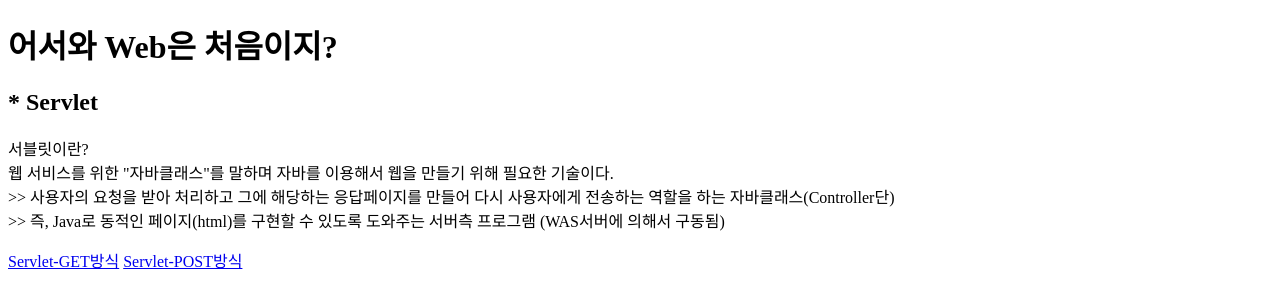
Repository: hyeye1/kh_webserverWorkspace
Page: 1_Servlet/WebContent/index.html
An editor plug-in stored every save of this project. The page is shown before and after the next save, followed by the edit.
The browser window is 1280 px wide. The pictures show the whole page.

Above is the page before, as saved 2021-03-25 04:36:08.

After the next save:
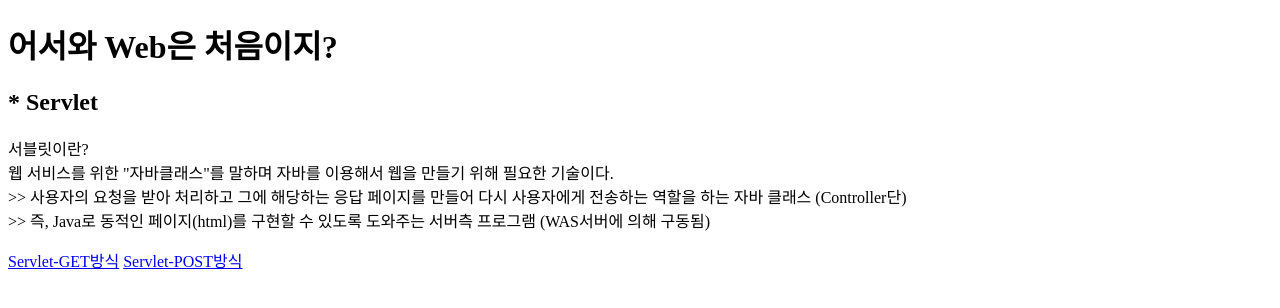
Saved 26 s later.
--- a/1_Servlet/WebContent/index.html
+++ b/1_Servlet/WebContent/index.html
@@ -5,23 +5,99 @@
 <title>Insert title here</title>
 </head>
 <body>
+
+	<!--
+		1) 새로 워크스페이스 만들어서 이클립스로 열기
+
+		2) 워크스페이스 셋팅하기 (워크스페이스 : 작업환경)
+		   2_1) 웹 애플리케이션을 하기 위해 java EE 환경으로 설정
+
+		   2_2) 보여질 UI 탭들 셋팅 하기  [Window] - [Show View]
+		        (탭 : Project Explorer, Navigator, Console, Problems, Servers)
+
+		   2_3) 인코딩 설정 및 서버 Runtime Environments 셋팅 [Window] - [Preferences]
+
+		        2_3_1) 인코딩 설정  : 영어, 숫자, 한글 등 모든 문자셋을 사용할 수 있도록 UTF-8로 셋팅
+				       (General - Workspace)
+				       (General - Editors - Text Editors - Spelling)
+				       (Web - CSS Files, HTML Files, JSP Files)
+				       (XML - XML Files)
+				       (JSON - JSON Files)
+
+		     	2_3_2) 서버 Runtime 잡기 : 이클립스에서 서버를 실행할 수 있도록 연동하는 과정
+		       		   (Server - Runtime Environments)
+		       		   > Add 클릭 > 설치한 아파치 톰캣과 동일한 버전 선택 > Next
+		       		   > Name 수정 가능(안하면 기본값) > Browse 클릭 > 설치한 아파치 톰캣 폴더 선택  > Finish
+
+
+		3) 서버 생성하기
+		   3_1) [New] - [Server]
+
+		   3_2) 창에 기본적으로 2_3_2번 과정에서 셋팅해놓은 Runtime이 잡혀있을 것
+		        (Server name 변경 가능)
+
+		   3_3) Finish
+
+		   3_4) 생성된 서버 수정하기 (서버 더블클릭)
+		        3_4_1) 포트번호 재설정 (현재 기본값으로 잡혀진 8080포트와 오라클 기본 포트가 동일 하므로 충돌 발생) -> 다른 걸로 변경해야됨
+		        3_4_2) 왼쪽 하단 Server Options에 Server modules without publishing 체크할 것!!
+		        	   > 내가 이따가 지정할 output folder에 제대로 컴파일 된 파일들이 가게끔! 무조건 체크할 것
+
+
+		4) Dynamic Web Project 만들기 (동적인 웹 애플리케이션)
+		   4_1) 프로젝트 명 신중하게 작성할 것 > Next
+		   4_2) default output folder 경로 재설정  : WebContent\WEB-INF\classes		> Next
+		        > output folder로 지정된 classes 폴더에는 컴파일된 클래스 파일들이 들어가는 폴더이다. (실제로 프로젝트 서비스 시 배포해야되는 실질적인 파일들)
+		                      하지만 배포되는 폴더는 WebContent 뿐이다. (즉, 이 안에 해당 컴파일된 클래스 파일들이 있어야 된다는 소리)
+		                      근데 기본 경로(build\classes)로 지정해 놓으면 해당 그 폴더가 WebContent 안에 만들어지는게 아니라 바깥쪽에 만들어지기 때문에 배포가 안됨!
+
+		   4_3) Context root : 이 애플리케이션만의 고유한 이름으로 지어줄 것 (기본값으로 프로젝트명 / 보통은 재정의해주는 걸 권장)
+		   		> 하나의 서버로 여러개의 애플리케이션을 구동시킬 수 있음. 따라서 해당 애플리케이션에 접근하는 경로로 사용할 고유한 별칭같은 것!
+		   		     각 애플리케이션을 구분 짓는  용도
+
+		   		Content directory : 실제로 배포되는 폴더(즉, 서버에 올라가는 폴더)의 최상위 폴더명을 지정하는 것 (기본값으로 WebContent) 웹 컨테이너에 해당됨
+
+		   		Generate web.xml ~~ 무조건 체크할 것 (기본적을 체크안되어있음)
+		   		> web.xml 문서에 기본적인 해당 애플리케이션에 대한 전체 설정 정보를 가지고 있는 파일 (서버 실행과 동시에 제일 먼저 읽혀지는 파일)
+		   		    따라서 체크를 안하면 안만들어지기 때문에 체크하여 생성되게끔 해야됨
+		   		    궂이 그 파일을 수정할 일 없으면 만들 필요는 없지만 (왜냐면 없으면 내부적으로 server가 가지고 있는 web.xml이 자동으로 실행되기 때문에)
+		   		    그래도 혹시나 수정을 한다거나 작업할 일이 있을 경우를 대비해서 무조건 생성해 놓음!!
+
+		   4_4) Finish
+
+
+		5) 새로이 만들어진 Project 확인해보기
+		   5_1) [프로젝트]-[WebContent]-[WEB-INF]- classes 폴더 잘 만들어졌는지 확인하기
+		   5_2) [프로젝트]-[WebContent]-[WEB-INF]- web.xml 문서 잘 만들어졌는지 확인하기
+
+		   5_3) index 파일 만들기 (WebContent\index.html)
+
+		6) 생성해놓은 서버에 애플리케이션 올리기
+		   > 서버 오른쪽 버튼 > Add and Remove > 올리고자 하는 애플리케이션 선택 후 오른쪽으로 옮기고 > Finish
+
+		7) 서버 Start 후 웹 애플리케이션 요청해서 index 잘 열리는지 확인해보기
+
+	 -->
+
 	<h1>어서와 Web은 처음이지?</h1>
 
-	<h2> * Servlet</h2>
+
+	<h2>* Servlet</h2>
 	<p>
 		서블릿이란? <br>
 		웹 서비스를 위한 "자바클래스"를 말하며 자바를 이용해서 웹을 만들기 위해 필요한 기술이다. <br>
-		>> 사용자의 요청을 받아 처리하고 그에 해당하는 응답페이지를 만들어 다시 사용자에게 전송하는 역할을 하는 자바클래스(Controller단)<br>
-		>> 즉, Java로 동적인 페이지(html)를 구현할 수 있도록 도와주는 서버측 프로그램 (WAS서버에 의해서 구동됨)
+		>> 사용자의 요청을 받아 처리하고 그에 해당하는 응답 페이지를 만들어 다시 사용자에게 전송하는 역할을 하는 자바 클래스 (Controller단) <br>
+		>> 즉, Java로 동적인 페이지(html)를 구현할 수 있도록 도와주는 서버측 프로그램 (WAS서버에 의해 구동됨)
 	</p>
 	<!--
 		Java 클래스에서 웹페이지 구현을 위한 HTML이 들어간 구조라고 할 수 있음 (Java코드로 HTML 구현)
 		단, Servlet(Java)에 작성된 HTML 변경시 자바코드를 수정한 셈이기 때문에
 		수정된 재반영 시키고자 한다면 서버를 재실행 해야만 함!
-	 -->
+	-->
 
-	 <a href="views/requestTest_GET.html">Servlet-GET방식</a>
-	 <a href="views/requestTest_POST.html">Servlet-POST방식</a>
+	<a href="views/requestTest_GET.html">Servlet-GET방식</a>
+	<a href="views/requestTest_POST.html">Servlet-POST방식</a>
+
 
 
 
